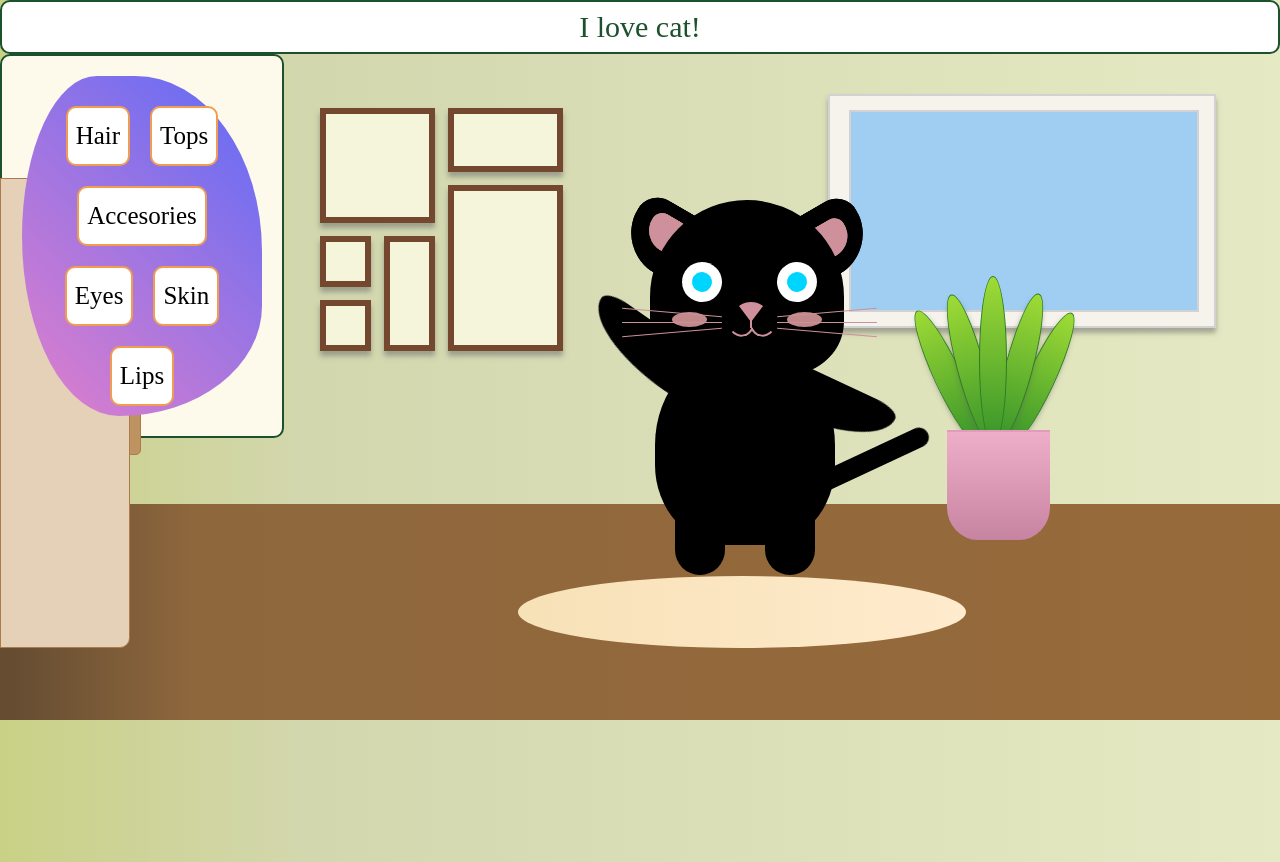
Repository: SandyLy453/COMP-2170-team-project
Page: index.html
The author's editor kept a copy of each file at every save. The page is drawn from the files as they stood at one save, then again after the next save.
The browser window is 1280 px wide. The pictures show the whole page.

Above is the page before, as saved 2024-05-04 04:08:28.

After the next save:
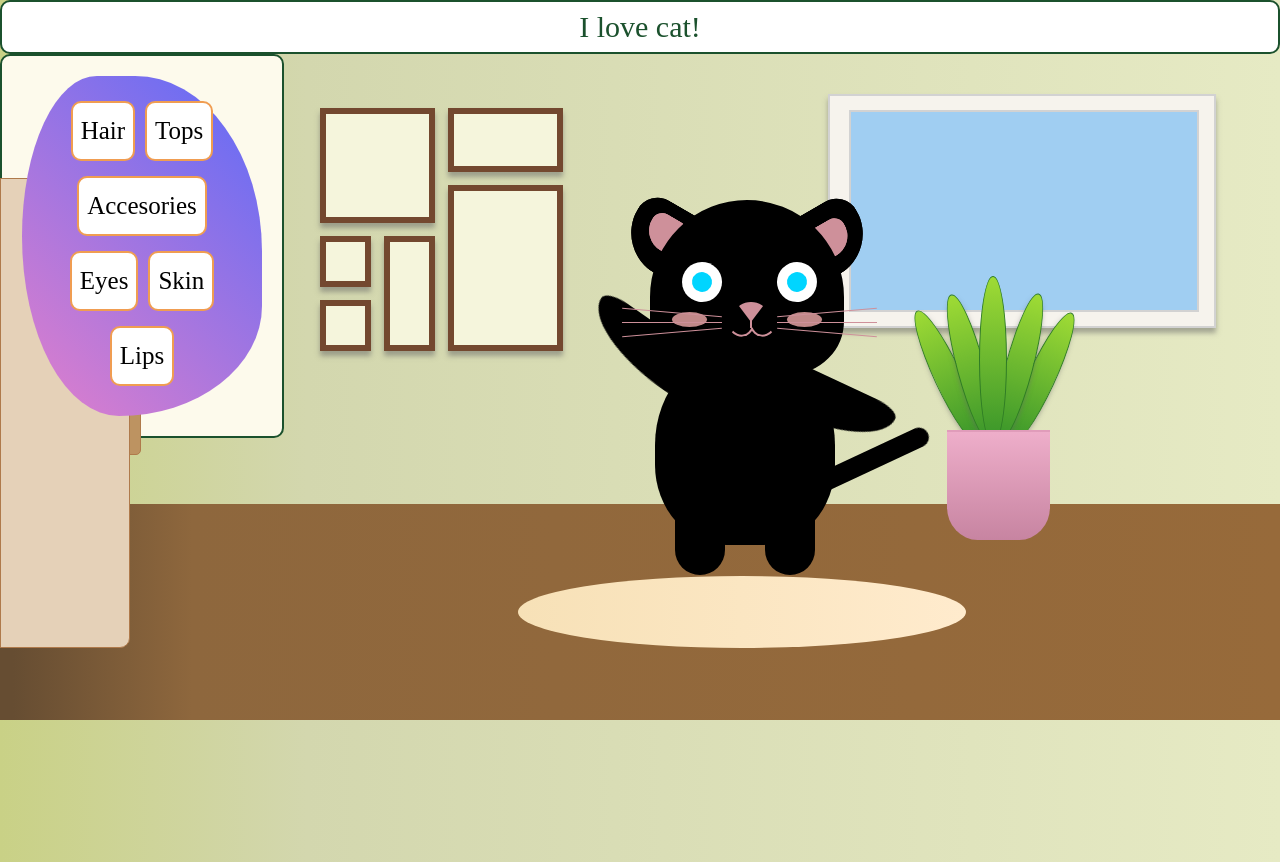
Saved 23 s later.
--- a/styles.css
+++ b/styles.css
@@ -688,7 +688,7 @@
     color:#000000;
     padding: 8px;
     font-size: 25px;
-    margin: 10px;
+    margin: 5px;
     font-family: 'Courgette', cursive;;
     height: 60px;
     width: fit-content;

After the save that followed:
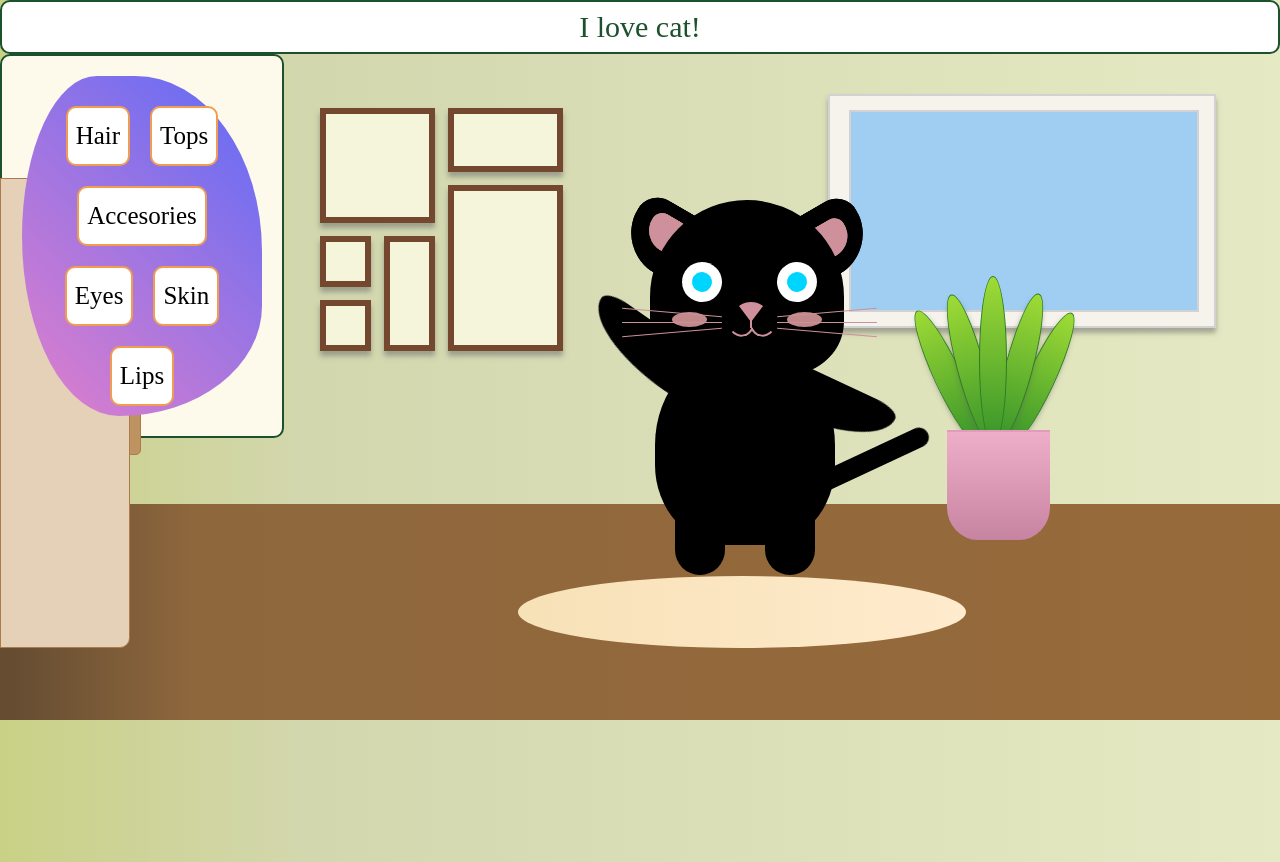
Saved 10 s later.
--- a/styles.css
+++ b/styles.css
@@ -688,7 +688,7 @@
     color:#000000;
     padding: 8px;
     font-size: 25px;
-    margin: 5px;
+    margin: 10px;
     font-family: 'Courgette', cursive;;
     height: 60px;
     width: fit-content;
